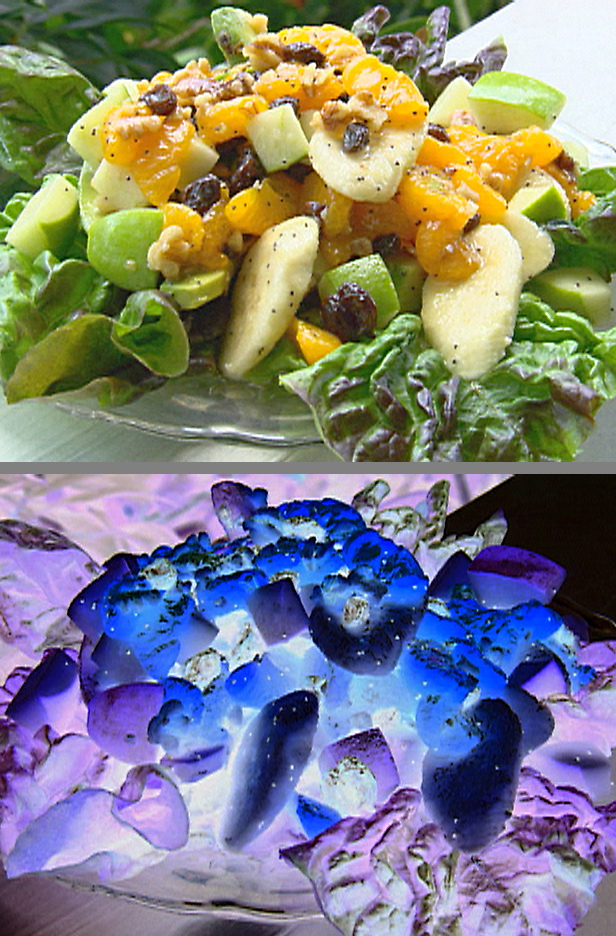
Repository: Dapravith/I5-GIC-Image-Processing
Script's output: python TP2.py
The author's editor kept a copy of each file at every save. The script's output is drawn from the files as they stood at one save, then again after the next save.
Each picture stacks the figures in order, with grey between them; figures that are only written to a file come last. Random numbers start from a fixed seed. It also reads images/fruit4.jpg.

Above is the script's output before, as saved 2023-12-14 18:23:58.

After the next save:
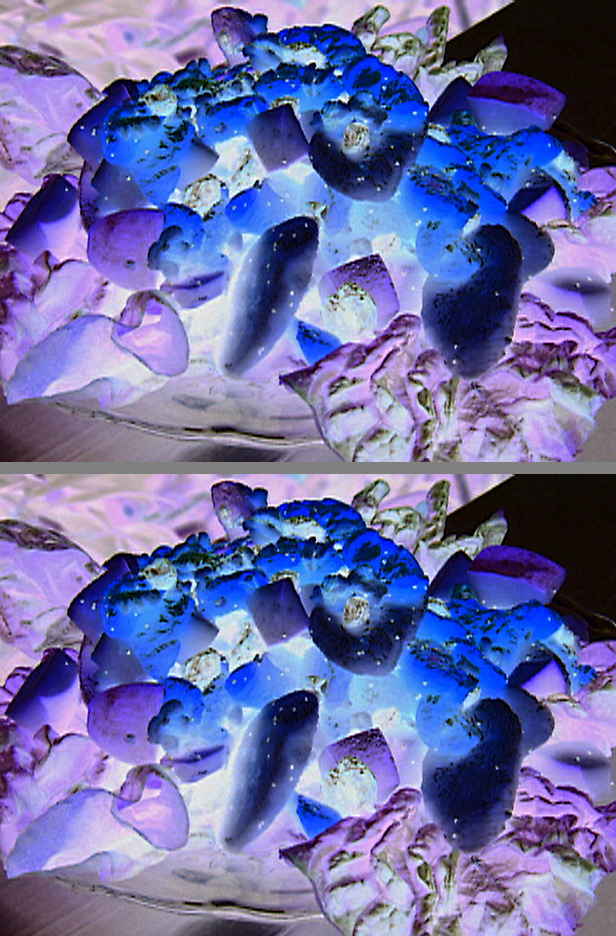
Saved 5 min 50 s later.
--- a/TP2.py
+++ b/TP2.py
@@ -1,33 +1,32 @@
 import cv2 as cv
 
 def invert_colors(image):
-    """
-    Inverts the colors of the given image.
+    height, width = image.shape[:2]
 
-    Parameters:
-    - image: The input image (NumPy array).
+    for h in range(height):
+        for w in range(width):
+            B = 255 - image[h, w, 0]
+            G = 255 - image[h, w, 1]
+            R = 255 - image[h, w, 2]
 
-    Returns:
-    - inverted_image: The image with inverted colors.
-    """
-    return 255 - image
+            image[h, w, 0] = B
+            image[h, w, 1] = G
+            image[h, w, 2] = R
 
-def main():
-    # Read the original image from file
-    original_image = cv.imread('./images/fruit4.jpg')
+    return image
 
-    if original_image is None:
-        print("Error: Could not read the original image.")
-        return
+# Read the original image from file
+original_image = cv.imread('./images/fruit4.jpg')
 
-    # Invert the colors
+# Check if the image is successfully loaded
+if original_image is None:
+    print("Error: Could not read the original image.")
+else:
+    # Invert the colors using the function
     inverted_image = invert_colors(original_image)
 
     # Display the original and inverted images
-    cv.imshow('Original Image', original_image)
-    cv.imshow('Inverted Image', inverted_image)
-    cv.waitKey(0)
-    cv.destroyAllWindows()
-
-if __name__ == "__main__":
-    main()
+cv.imshow('Original Image', original_image)
+cv.imshow('Inverted Image', inverted_image)
+cv.waitKey(0)
+cv.destroyAllWindows()

After the 2 saves that followed:
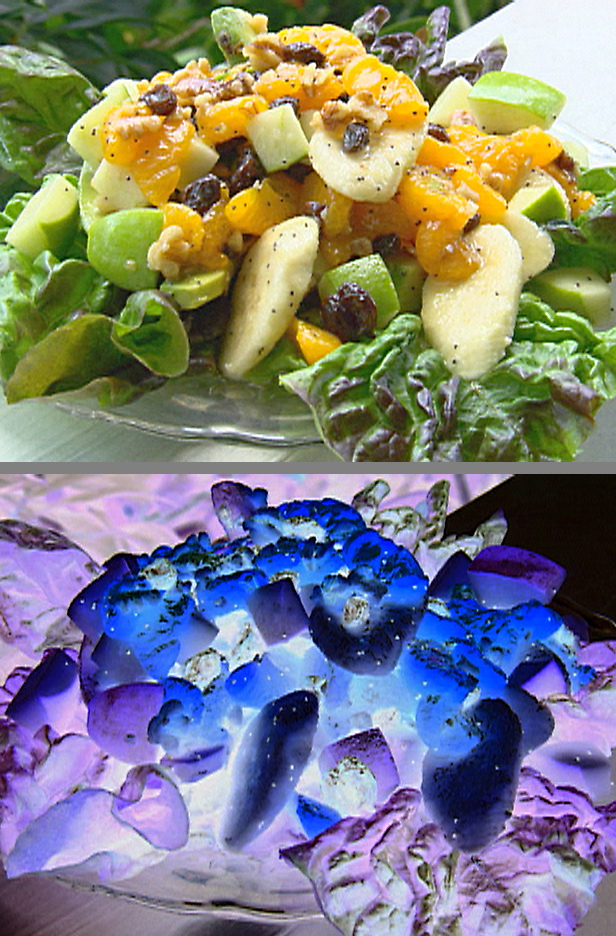
The 2 saves are shown as one change because 1 left the picture as it was.
The last was saved 3 min 45 s later.
--- a/TP2.py
+++ b/TP2.py
@@ -1,32 +1,33 @@
 import cv2 as cv
 
 def invert_colors(image):
-    height, width = image.shape[:2]
+    """
+    Inverts the colors of the given image.
 
-    for h in range(height):
-        for w in range(width):
-            B = 255 - image[h, w, 0]
-            G = 255 - image[h, w, 1]
-            R = 255 - image[h, w, 2]
+    Parameters:
+    - image: The input image (NumPy array).
 
-            image[h, w, 0] = B
-            image[h, w, 1] = G
-            image[h, w, 2] = R
+    Returns:
+    - inverted_image: The image with inverted colors.
+    """
+    return 255 - image
 
-    return image
+def main():
+    # Read the original image from file
+    original_image = cv.imread('./images/fruit4.jpg')
 
-# Read the original image from file
-original_image = cv.imread('./images/fruit4.jpg')
+    if original_image is None:
+        print("Error: Could not read the original image.")
+        return
 
-# Check if the image is successfully loaded
-if original_image is None:
-    print("Error: Could not read the original image.")
-else:
-    # Invert the colors using the function
+    # Invert the colors
     inverted_image = invert_colors(original_image)
 
     # Display the original and inverted images
-cv.imshow('Original Image', original_image)
-cv.imshow('Inverted Image', inverted_image)
-cv.waitKey(0)
-cv.destroyAllWindows()
+    cv.imshow('Original Image', original_image)
+    cv.imshow('Inverted Image', inverted_image)
+    cv.waitKey(0)
+    cv.destroyAllWindows()
+
+if __name__ == "__main__":
+    main()
